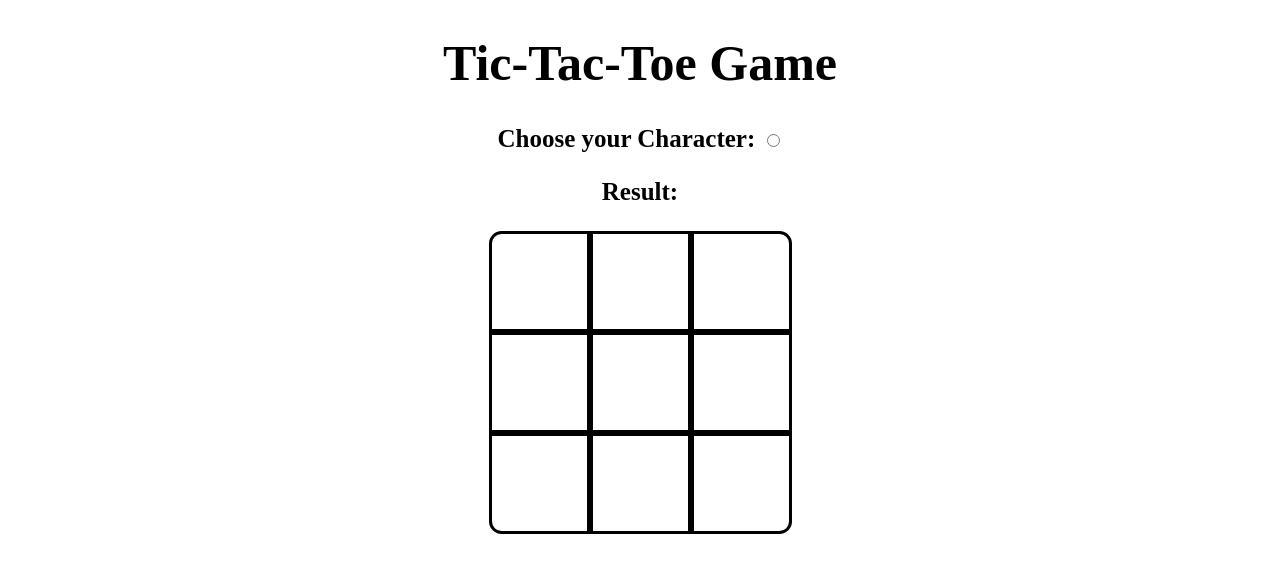
Repository: 0101chaitanya/Tic-Tac-Toe
Page: index.html
An editor plug-in stored every save of this project. The page is shown before and after the next save, followed by the edit.
The browser window is 1280 px wide. The pictures show the whole page.

Above is the page before, as saved 2021-06-10 17:10:21.

After the next save:
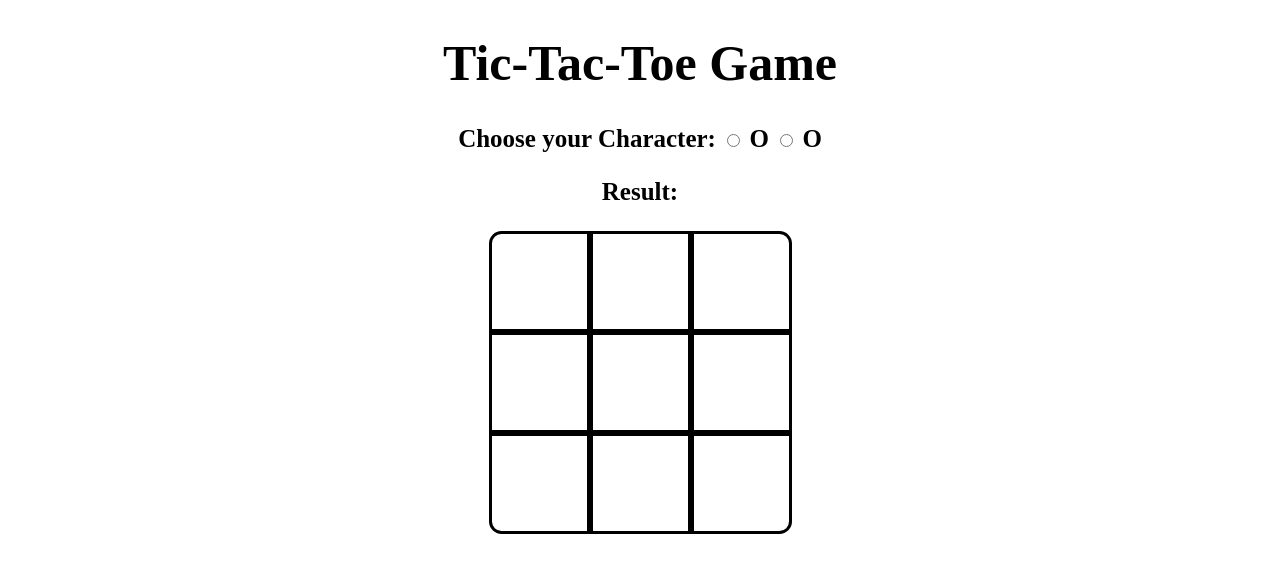
Saved 99 s later.
--- a/index.html
+++ b/index.html
@@ -12,8 +12,11 @@
     <h1 id="heading">Tic-Tac-Toe Game</h1>
     <form>
         Choose your Character:
-        <input value="O" id='' name="radio" type="radio">
-        <label for <input value="X" name="radio" type="radio">
+        <input value="O" name="radio" type="radio">
+        <label for="O">O</label>
+        <input value="X" name="radio" type="radio">
+        <label for="X">O</label>
+
         </label>
 
     </form>
